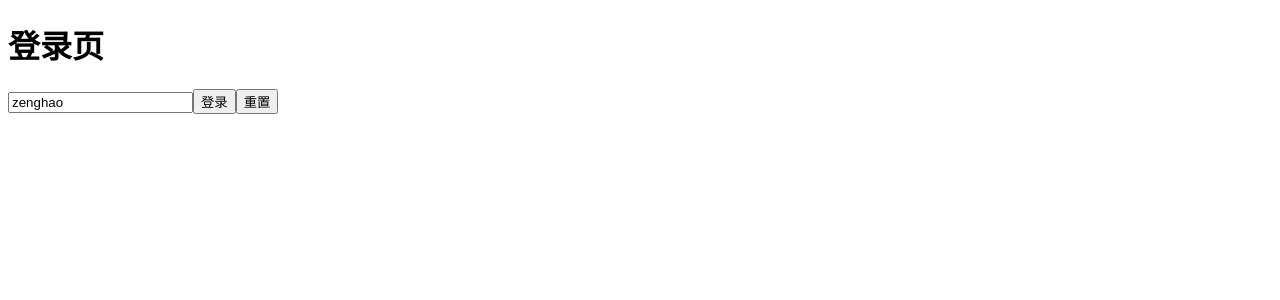
Repository: zenghao518518/React
Page: /
The author's editor kept a copy of each file at every save. The page is drawn from the files as they stood at one save, then again after the next save.
The browser window is 1280 px wide. The pictures show the whole page.
The project was rebuilt for these pictures with package versions that can differ from the ones it lists, and the page was loaded fresh each time.

Above is the page before, as saved 2023-07-17 15:46:04.

After the next save:
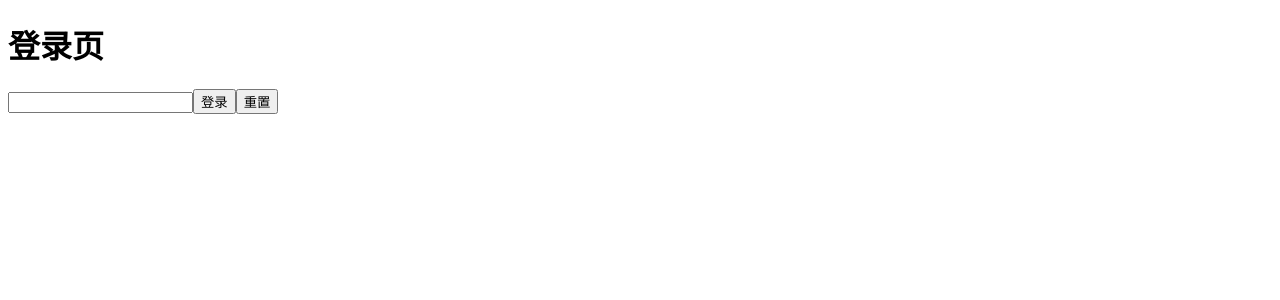
Saved 94 s later.
--- a/src/index.js
+++ b/src/index.js
@@ -13,7 +13,8 @@ import ReactDOM from 'react-dom/client'
 //import App from './01-base/08-state'
 //import App from './01-base/09-数组渲染'
 //import App from './01-base/10-todolist'
-import App from './01-base/19-非受控'
+//import App from './01-base/19-非受控'
+import App from './01-base/20-受控'
 let root = ReactDOM.createRoot(document.getElementById('root'));
 //root.render(<div>111111</div>);
 root.render(<React.StrictMode><App></App></React.StrictMode>);

After the 2 saves that followed:
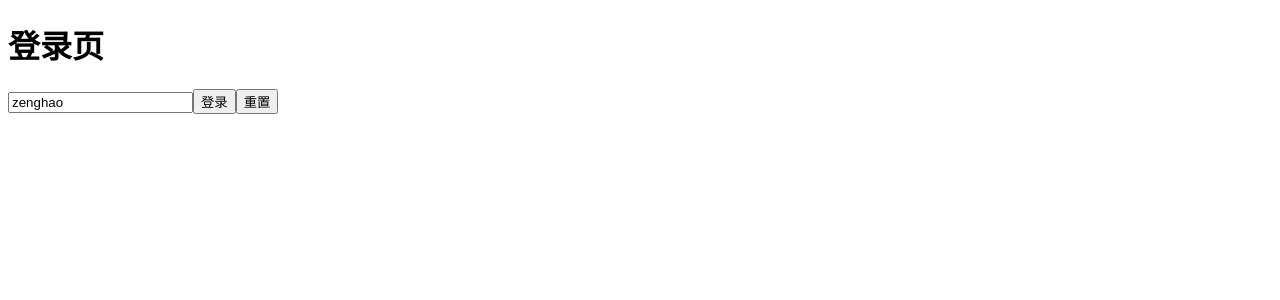
The 2 saves are shown as one change because 1 left the picture as it was.
The last was saved 4 min 6 s later.
--- a/src/01-base/20-受控.js
+++ b/src/01-base/20-受控.js
@@ -1,12 +1,15 @@
 import React, { Component } from 'react'
 
 export default class App extends Component {
+  state ={
+      username:"zenghao"
+  }
 
   render() {
     return (
       <div>
           <h1>登录页</h1>
-          <input type="text"></input>
+          <input type="text" value={this.state.username}></input>
           <button onClick={()=>{
 
           }}>登录</button>
